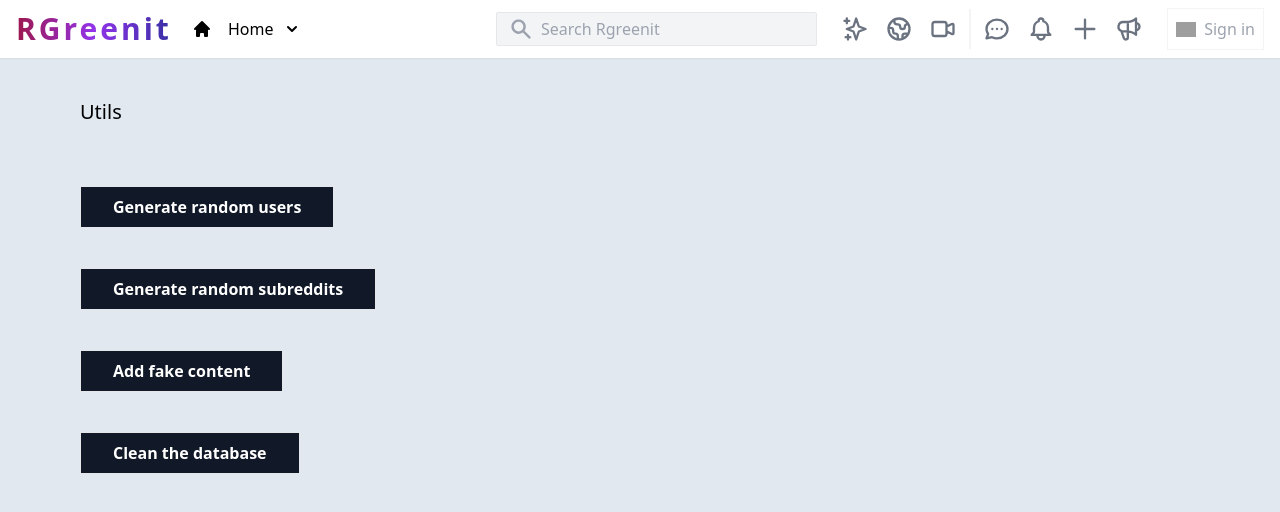
Repository: ITDevSolution/RGreen-it
Page: /utils
The author's editor kept a copy of each file at every save. The page is drawn from the files as they stood at one save, then again after the next save.
The browser window is 1280 px wide. The pictures show the whole page.
Pictures or frames that could not be fetched are drawn as grey boxes. The page's requests for data from a server got no answer. The project was rebuilt for these pictures with package versions that can differ from the ones it lists, and the page was loaded fresh each time. The framework's server and built-in components were replaced by stand-ins that run in the browser. No one was signed in, and anything a server would have sent is missing. Also part of the build but not shown: next.config.js.

Above is the page before, as saved 2022-07-08 12:45:04.

After the next save:
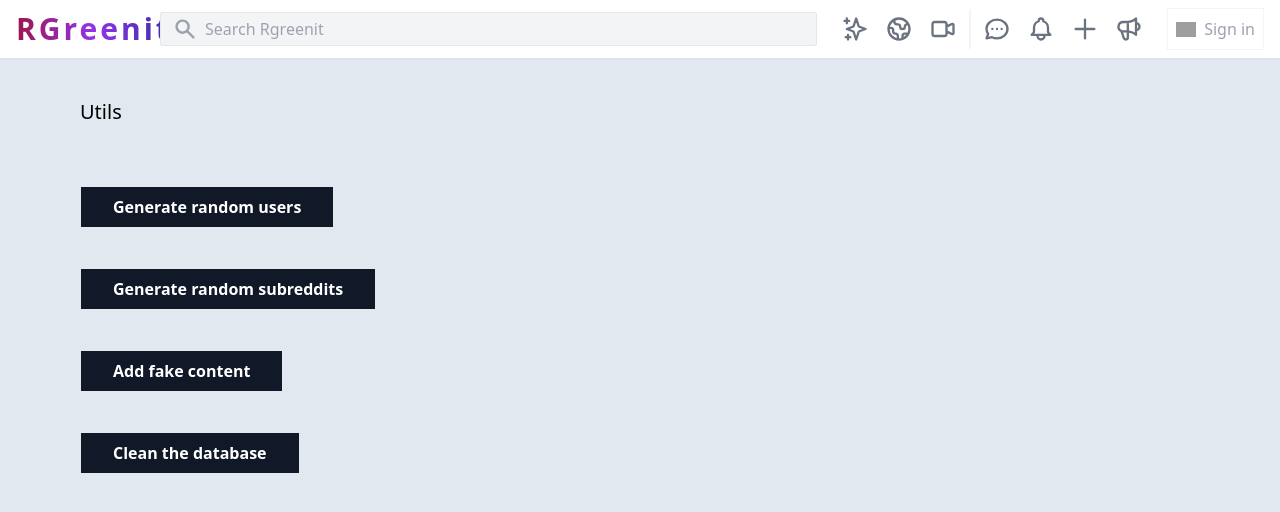
Saved 6 s later.
--- a/components/Header.js
+++ b/components/Header.js
@@ -24,7 +24,7 @@ function Header() {
   return (
     <div className="sticky inset-x-0 top-0 z-50 flex items-center justify-between bg-white px-4 py-2 shadow-sm  ">
       {/* logo */}
-      <div className="flex grow-0 basis-1/3 h-10 w-20 flex-shrink-0 cursor-pointer mr-16 md:justify-start justify-center ">
+      <div className="flex  h-10 w-20 flex-shrink-0 cursor-pointer mr-16 md:justify-start justify-center ">
         <Link href={`/`}>
           {/* <Image
             src={`https://res.cloudinary.com/joeloff-dev/image/upload/v1656506700/Reddit_logo_new.svg_mxmb5x.png`}
